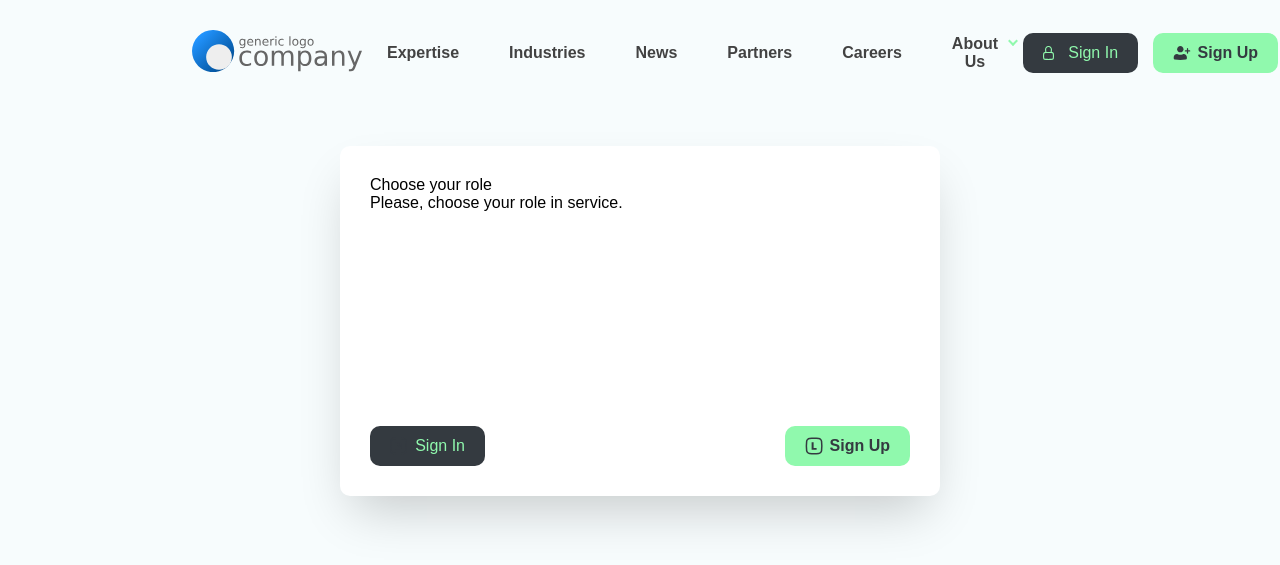
Repository: Andriy-Ma/widgetTask
Page: /
The author's editor kept a copy of each file at every save. The page is drawn from the files as they stood at one save, then again after the next save.
The browser window is 1280 px wide. The pictures show the whole page.
Some web fonts or font styles are not loaded; a fallback is used. The project was rebuilt for these pictures with package versions that can differ from the ones it lists, and the page was loaded fresh each time.

Above is the page before, as saved 2022-08-29 21:02:02.

After the next save:
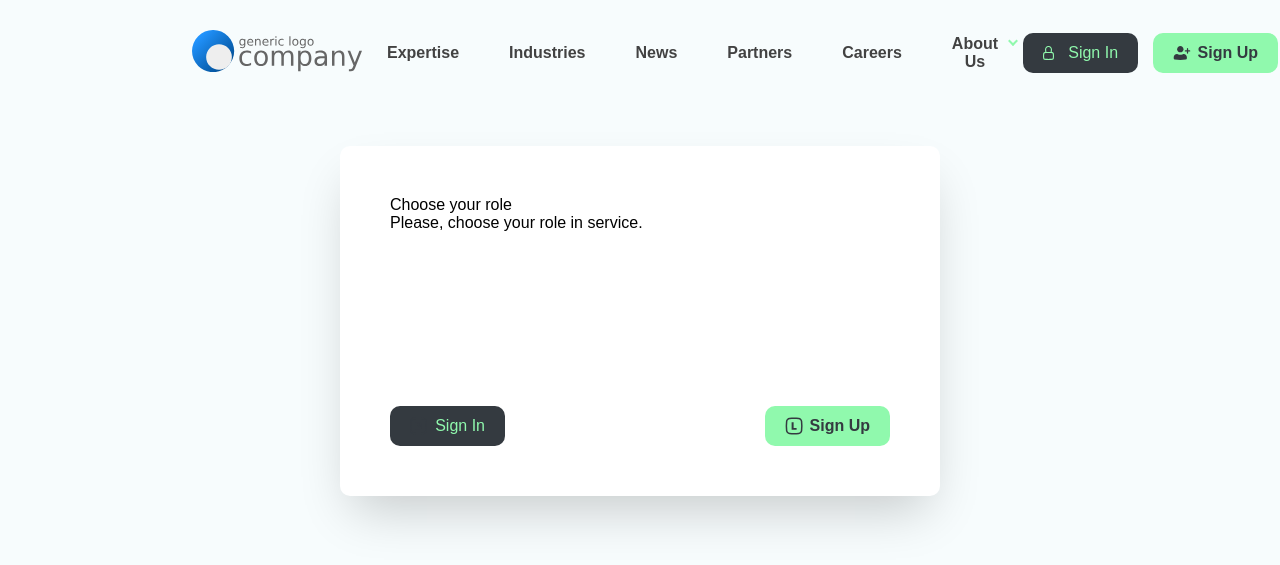
Saved 8 s later.
--- a/src/components/Main/ChooseForm/chooseForm.module.css
+++ b/src/components/Main/ChooseForm/chooseForm.module.css
@@ -1,7 +1,7 @@
 .form{
     width: 600px;
     height: 350px;
-    padding: 30px;
+    padding: 50px;
     background-color: #fff;
     margin-top: 70px;
     border-radius: 10px;
